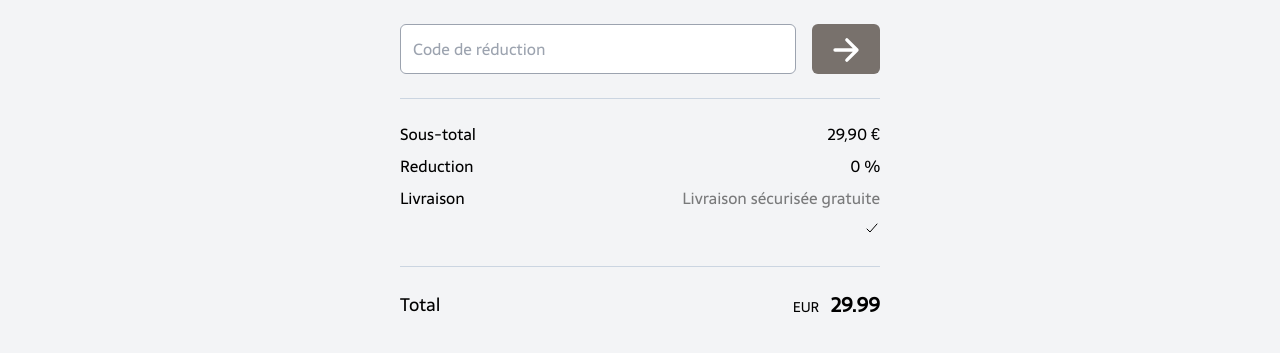
Repository: darlino/gotyu_shopify_section
Page: reduction_input210223/index.html
The author's editor kept a copy of each file at every save. The page is drawn from the files as they stood at one save, then again after the next save.
The browser window is 1280 px wide. The pictures show the whole page.
Some web libraries are served in a nearby version.

Above is the page before, as saved 2023-02-22 01:18:56.

### reduction_input210223/index.html
<!DOCTYPE html>
<html lang="en">
  <head>
    <meta charset="UTF-8" />
    <meta http-equiv="X-UA-Compatible" content="IE=edge" />
    <meta name="viewport" content="width=device-width, initial-scale=1.0" />
    <title>Document</title>
    <link rel="preconnect" href="https://fonts.googleapis.com" />
    <link rel="preconnect" href="https://fonts.gstatic.com" crossorigin />
    <link
      href="https://fonts.googleapis.com/css2?family=Sarala&display=swap"
      rel="stylesheet"
    />
    <link rel="stylesheet" href="style.css" />
    <script src="https://cdn.tailwindcss.com"></script>
    <script
      type="module"
      src="https://unpkg.com/ionicons@5.5.2/dist/ionicons/ionicons.esm.js"
    ></script>
    <script
      nomodule
      src="https://unpkg.com/ionicons@5.5.2/dist/ionicons/ionicons.js"
    ></script>
  </head>
  <body>
    <section id="reduction210223">
      <div
        class="max-w-[1300px] relative h-screen flex flex-col mx-auto bg-gray-100"
      >
        <div
          class="flex flex-col space-y-6 md:px-20 px-8 py-6 mx-auto md:w-1/2 w-full"
        >
          <div id="form" class="form flex flex-row justify-between space-x-4">
            <input
              type="text"
              id="reduction"
              name="reduction"
              class="px-3 w-5/6 py-2 border outline-none border-1 border-gray-400 bg-white rounded-md"
              placeholder="Code de réduction"
            />
            <button
              type="button"
              onclick="checkCoupon()"
              class="px-2 w-1/6 py-1 bg-stone-500 rounded-md text-center"
            >
              <ion-icon
                name="arrow-forward-outline"
                class="lg:text-4xl text-2xl m-auto bg-none text-white relative top-1"
              ></ion-icon>
            </button>
          </div>
          <div class="w-full h-[.25px] bg-slate-300"></div>
          <div class="flex flex-col space-y-2">
            <div class="flex flex-row justify-between">
              <p class="text-md">Sous-total</p>
              <p class="text-md">29,90 	&euro;</p>
            </div>
            <div class="flex flex-row justify-between">
              <p class="text-md">Reduction</p>
              <p class="text-md"><span id="reductionCode">  </span> %</p>
            </div>
            <div class="flex flex-row justify-between">
              <p class="text-md">Livraison</p>
              <div class="flex flex-col space-y-2">
                <p class="text-md text-black/50">
                  Livraison sécurisée gratuite
                </p>
                <span class="text-right">
                  <ion-icon name="checkmark-outline"></ion-icon>
                </span>
              </div>
            </div>
          </div>
          <div class="w-full h-[.25px] bg-slate-300"></div>
          <div class="flex flex-row justify-between">
            <p class="text-lg">Total</p>
            <p class="text-xl">
              <span class="px-2 text-sm"> EUR </span> <span id="price" class="font-bold"> $
            </p>
          </div>
          <div
            id="error-message"
            class="absolute hidden error-message bottom-32 left-1 right-1 rounded-md mx-auto md:px-20 px-10 p-3 bg-black text-center md:w-1/2 w-11/12 text-white"
          >
            Ce code n'est pas valide
          </div>
        </div>
      </div>
    </section>
    <script type="text/javascript">
      const promoCoupons = [
        {
          name: "abra",
          code: 20,
        },
        {
          name: "bonjour",
          code: 40,
        },
        {
          name: "cafe",
          code: 15,
        },
        {
          name: "dalton",
          code: 50,
        },
      ];
      let reductionCode = document.getElementById("reductionCode");
      let price = document.getElementById("price");

      let defaultPrice = 29.99;
      price.innerHTML = defaultPrice;
      reductionCode.innerHTML = 0;

      function checkCoupon() {
        let inputValue = document.getElementById("reduction");
        let error_message = document.getElementById("error-message");

        const validateValue = inputValue.value.toUpperCase();


        const promo = promoCoupons.filter(
          (coupon) => coupon.name.toUpperCase() === validateValue

        );

        if( promo.length === 0 ){
          price.innerHTML = defaultPrice;
          reductionCode.innerHTML = 0;
          inputValue.style.borderColor = 'red'
          error_message.style.display = "block"
          setTimeout(() => {
            error_message.style.display = "none"
            inputValue.style.borderColor = '#9ca3af'
          }, 3000)
        }
        else {
          let code = promo[0].code
          let totalPrice = defaultPrice -(defaultPrice * code)/100
          price.innerHTML = totalPrice.toFixed(2)
          reductionCode.innerHTML = code
        }
      }
    </script>
  </body>
</html>

### reduction_input210223/style.css
* {
  margin: 0;
  padding: 0;
  font-family: "Sarala", sans-serif;
  overflow: hidden;
}
#reduction {
  width: 100%;
  height: 100%;
}

After the next save:
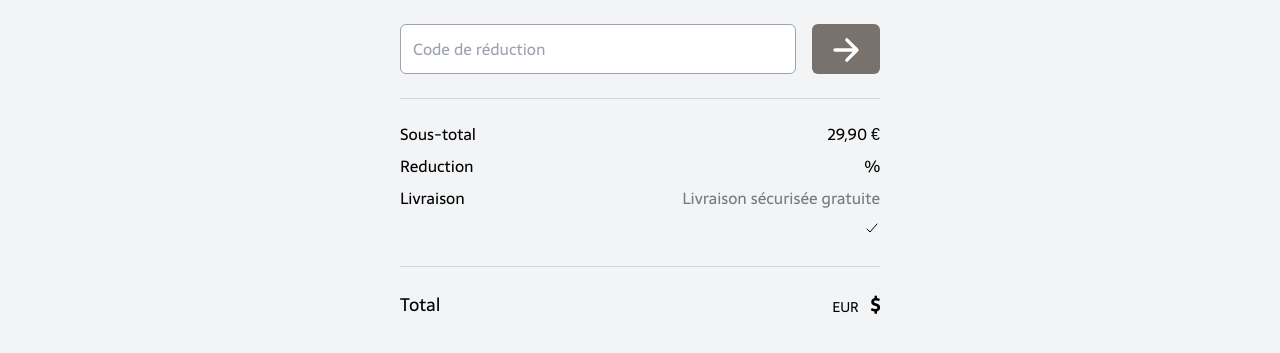
Console error: SyntaxError: Unexpected token '}'
Saved 17 s later.
--- a/reduction_input210223/index.html
+++ b/reduction_input210223/index.html
@@ -136,6 +136,7 @@
           }, 3000)
         }
         else {
+          console.log(promo[0].name.toUpperCase())}
           let code = promo[0].code
           let totalPrice = defaultPrice -(defaultPrice * code)/100
           price.innerHTML = totalPrice.toFixed(2)

After the save that followed:
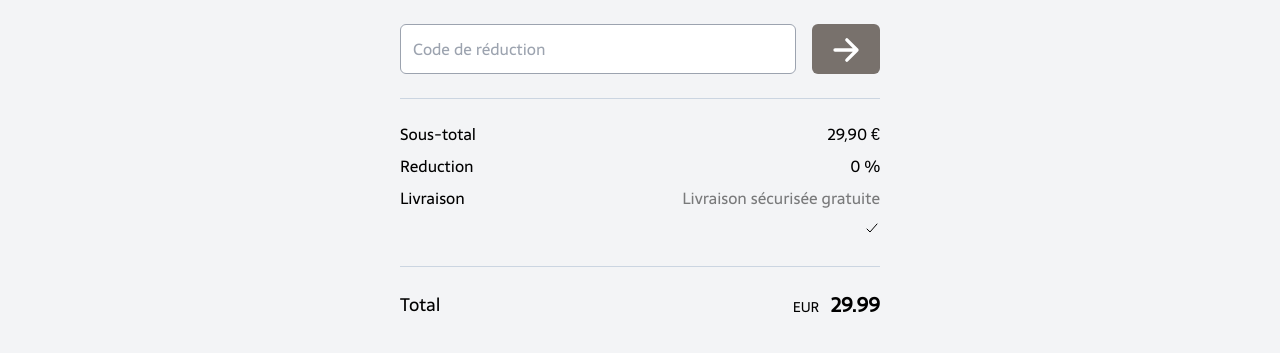
The error is gone.
Saved 24 s later.
--- a/reduction_input210223/index.html
+++ b/reduction_input210223/index.html
@@ -136,7 +136,7 @@
           }, 3000)
         }
         else {
-          console.log(promo[0].name.toUpperCase())}
+
           let code = promo[0].code
           let totalPrice = defaultPrice -(defaultPrice * code)/100
           price.innerHTML = totalPrice.toFixed(2)
